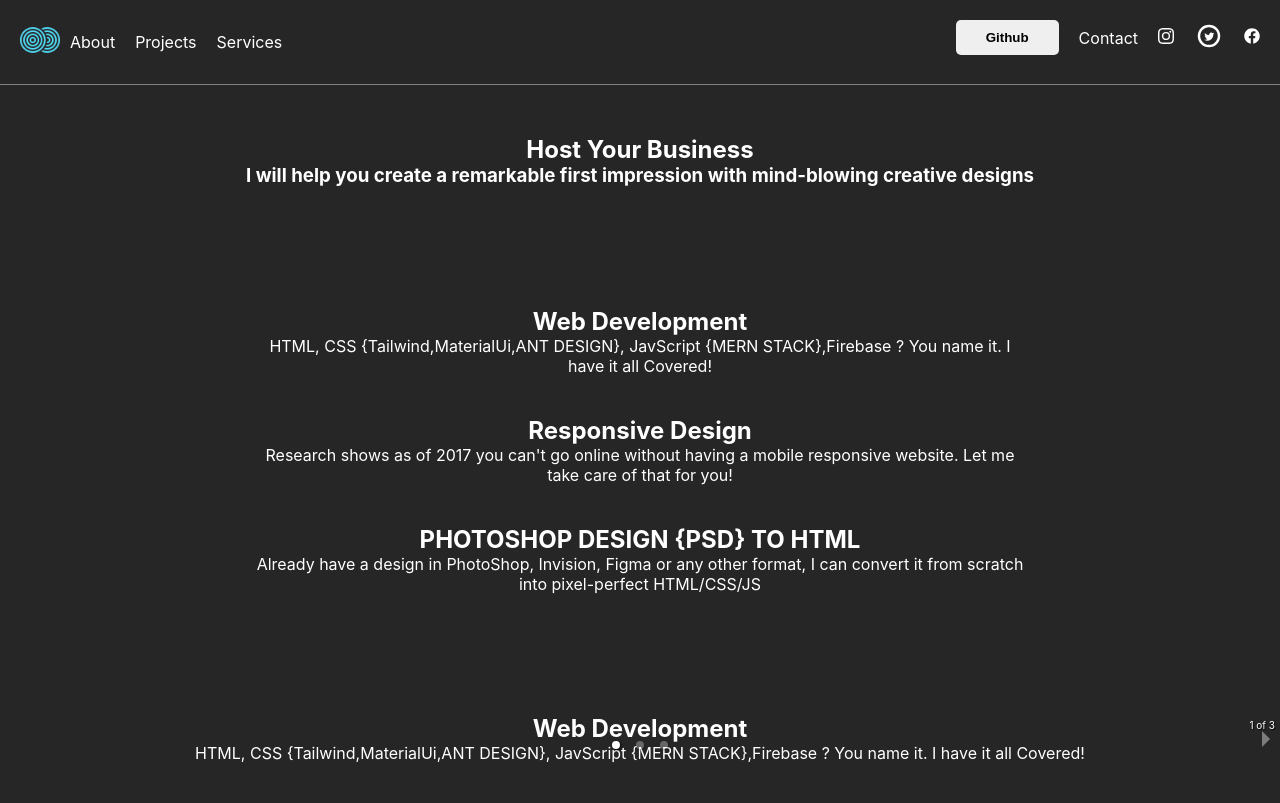
Repository: uh-sman/Portfolio
Page: /services
The author's editor kept a copy of each file at every save. The page is drawn from the files as they stood at one save, then again after the next save.
The browser window is 1280 px wide. The pictures show the whole page.
The project was rebuilt for these pictures with package versions that can differ from the ones it lists, and the page was loaded fresh each time. Also part of the build but not shown: src/components/about.css, src/components/repositories.css, src/components/repositories.js, src/components/RepositoriesCard.jsx, src/components/About.jsx, src/components/projects.css, src/components/Projects.jsx.

Above is the page before, as saved 2022-11-30 21:05:18.

### src/index.js
import React from "react";
import ReactDOM from "react-dom/client";
import { BrowserRouter } from "react-router-dom";
import "./index.css";
import App from "./App";

const root = ReactDOM.createRoot(document.getElementById("root"));
root.render(
  <BrowserRouter>
    <React.StrictMode>
      <App />
    </React.StrictMode>
  </BrowserRouter>
);

### src/App.js
import "./App.css";
import { Index } from "./components/index";
import { Route, Routes } from "react-router-dom";
import About from "./components/About";
import "animate.css";
import Projects from "./components/Projects";
import Services from "./components/Services";
// import Services from "./components/Services";
function App() {
  return (
    <div className="App">
      <Index />
      <Routes>
        <Route path="/" element={<About />} />
        <Route path="/projects" element={<Projects />} />
        <Route path="/services" element={<Services />} />
      </Routes>
    </div>
  );
}

export default App;

### src/App.css
* {
  margin: 0px;
  padding: 0px;
  box-sizing: border-box;
  text-decoration: none;
  list-style: none;
}
body {
  /* background: rgb(2, 0, 36);
  background: linear-gradient(
    90deg,
    rgba(2, 0, 36, 1) 0%,
    rgba(4, 14, 33, 1) 90%,
    rgba(5, 52, 61, 1) 100%
  ); */
  background: #262626;
}

### src/components/index.js
import React from "react";
import { Navbar } from "./Navbar";
import { Route, Routes } from "react-router-dom";
export const Index = () => {
  return (
    <div>
      <Navbar />
    </div>
  );
};

### src/components/Services.jsx
import React from "react";
import MobileCarousel from "./MobileCarousel";
import "./services.css";

const Services = () => {
  const slide = [];
  return (
    <div>
      <div className="containers">
        <section className="header">
          <h2>Host Your Business</h2>
          <h3>
            I will help you create a remarkable first impression with
            mind-blowing creative designs
          </h3>
        </section>
        <div className="sections">
          <div className="head">
            <h1></h1>
            <h2>Web Development</h2>
            <text>
              <p>
                HTML, CSS{" {Tailwind,MaterialUi,ANT DESIGN}"}, JavScript
                {" {MERN STACK}"},Firebase ? You name it. I have it all Covered!
              </p>
            </text>
          </div>
          <div>
            <h1></h1>
            <h2>Responsive Design</h2>
            <text>
              <p>
                Research shows as of 2017 you can't go online without having a
                mobile responsive website. Let me take care of that for you!
              </p>
            </text>
          </div>
          <div>
            <h1></h1>
            <h2>PHOTOSHOP DESIGN {" {PSD}"} TO HTML</h2>
            <text>
              <p>
                Already have a design in PhotoShop, Invision, Figma or any other
                format, I can convert it from scratch into pixel-perfect
                HTML/CSS/JS
              </p>
            </text>
          </div>
        </div>
        <MobileCarousel />
      </div>
    </div>
  );
};

export default Services;
// Looking for a reliable and efficient

### src/components/Navbar.jsx
import React, { useState } from "react";
import { Link } from "react-router-dom";
import logo from "../assets/ico.png";
import "./navbar.css";
import { Profile } from "./Profile";
export const Navbar = () => {
  const [active, isActive] = useState(false);
  // const [activeLink, setActiveLink] = useState(true);
  // const clickedLink = ["teal"];
  // const clicked = document.querySelector("nav-list");

  // btn.addEventListener("click", () => {
  //   document.body.style.borderBottomColor = clickedLink;
  // });
  // for (var i = 0; i < activeLink.length; i++)
  // Get the container element
  // const activeLink = document.querySelector("nav-list");
  // const style = {
  //   backgroundColor: "red",
  //   width: "100%",
  //   height: "100%",
  // };
  // Get all buttons with class="btn" inside the container
  // const btnActive = activeLink.getElementsByClassName("btn");
  // Loop through the buttons and add the active class to the current/clicked button
  // for (var i = 0; i < btnActive.length; i++) {
  //   btnActive[i].addEventListener("click", function () {
  //     var currentMode = document.getElementsByClassName("active");
  //     currentMode[0].className = currentMode[0].className.replace("active", "");
  //     this.className += "active";
  //   });
  // }
  // activeLink.addEventListener()
  return (
    <div>
      <nav className="navbar-container">
        <div className="navbar">
          <div className="navbar-nav">
            <div>
              <a>
                <img src={logo} className="logo" />
              </a>
            </div>
            <ul className="nav-list">
              <Link to="/">
                <a href="">About</a>
              </Link>

              <Link to="/projects">
                <a href="">Projects</a>
              </Link>
              <Link to="/services" className="btn">
                <a href="">Services</a>
              </Link>
            </ul>
          </div>
          <div>
            <Profile />
          </div>
        </div>
      </nav>
    </div>
  );
};

### src/components/MobileCarousel.js
import React from "react";
import "react-responsive-carousel/lib/styles/carousel.min.css"; // requires a loader
import "./services.css";
import { Carousel } from "react-responsive-carousel";
const MobileCarousel = () => {
  return (
    <div>
      <Carousel>
        <div>
          <h2>Web Development</h2>
          <text>
            <p>
              HTML, CSS{" {Tailwind,MaterialUi,ANT DESIGN}"}, JavScript
              {" {MERN STACK}"},Firebase ? You name it. I have it all Covered!
            </p>
          </text>
        </div>
        <div>
          <h2>Web Development</h2>
          <text>
            <p>
              HTML, CSS{" {Tailwind,MaterialUi,ANT DESIGN}"}, JavScript
              {" {MERN STACK}"},Firebase ? You name it. I have it all Covered!
            </p>
          </text>
        </div>
        <div>
          <h2>Web Development</h2>
          <text>
            <p>
              HTML, CSS{" {Tailwind,MaterialUi,ANT DESIGN}"}, JavScript
              {" {MERN STACK}"},Firebase ? You name it. I have it all Covered!
            </p>
          </text>
        </div>
      </Carousel>
    </div>
  );
};

export default MobileCarousel;

### src/components/services.css
.sections {
  display: flex;
  flex-direction: column;
  width: 60%;
  gap: 40px;
}
.header {
}
.containers {
  padding-top: 50px;
  color: white;
  text-align: center;
  gap: 120px;
  display: flex;
  flex-direction: column;
  justify-content: center;
  margin: auto;
  align-items: center;
}

### src/components/navbar.css
.nav-list {
  display: flex;
  align-items: center;
  gap: 20px;
}
active,
.nav-list {
}
.nav-list a {
  color: white;
}
.navbar {
  margin: 20px 20px;
  display: flex;
  justify-content: space-between;
}
.navbar-nav {
  display: flex;
  gap: 10px;
}
.logo {
  width: 40px;
  height: 40px;
  color: white;
}
.navbar-container {
  border-bottom: 0.5px solid gray;
}
/* .btn {
  border: transparent;
  outline: none;
  background: rgba(2, 0, 36, 1) 0%;
} */
/* .active, */
/* .btnSelect:hover {
  border: none;
  border-bottom: 1px solid lightblue;
  cursor: pointer;
} */

@media only screen and (min-width: 200px) and (max-width: 950px) {
  .nav-list {
    display: none;
  }
}

### src/components/Profile.js
import React, { useState } from "react";
import { SiFacebook } from "react-icons/si";
import { FaWhatsapp, FaFacebook, FaRegWindowClose } from "react-icons/fa";
import { TiSocialTwitterCircular } from "react-icons/ti";
import { Link } from "react-router-dom";
import { BsInstagram } from "react-icons/bs";
import burger from "../assets/burger-menu.png";
import close from "../assets/icons8.png";

import "animate.css";
import "./profile.css";
export const Profile = () => {
  const [isActive, setIsActive] = useState(false);
  const style = {
    position: "fixed",
    top: "0",
    bottom: "0",
    right: "0",
    background: "white",
    width: "300px",
    listStyle: " none",
    padding: "20px",
    display: "flex",
    flexDirection: "column",
    transform: `${(props) =>
      props.show ? "translateX(0)" : "translateX(100%)"}`,
    textAlign: "start",

    transition: "transform 0.3s ease-in",
  };

  return (
    <div>
      <div>
        <section className="profile-section ">
          <button className="button">
            <a>Github</a>
          </button>
          <a>Contact</a>
          <a>
            <BsInstagram />
          </a>
          <a>
            <TiSocialTwitterCircular className="twitter" />
          </a>
          <a>
            <FaFacebook />
          </a>
        </section>
        {isActive ? (
          <div className="sidebar-container">
            <div>
              <FaRegWindowClose
                className="close"
                onClick={() => setIsActive(!isActive)}
              />
              {/* <img src={close} /> */}
            </div>
            <section className="sidebar-section ">
              <ul className="links">
                <Link to="/">
                  <a href="">About</a>
                </Link>
                <Link to="/projects">
                  <a href="">Projects</a>
                </Link>
                <Link to="/services">
                  <a href="">Services</a>
                </Link>
                <button className="button">
                  <a className="link">Github</a>
                </button>
                <a>Contact</a>
              </ul>
              <ul className="link-icons">
                <a>
                  <BsInstagram className="instagram" />
                </a>
                <a>
                  <TiSocialTwitterCircular className="twitter" />
                </a>
                <a>
                  <FaFacebook className="facebook" />
                </a>
              </ul>
            </section>
          </div>
        ) : (
          <div>
            <img
              src={burger}
              className="burger-menu"
              onClick={() => setIsActive(!isActive)}
            />
          </div>
        )}
      </div>
    </div>
  );
};

### src/components/profile.css
.profile-section {
  display: flex;
  gap: 20px;
  align-items: center;
  color: white;
}
.links {
  display: flex;
  flex-direction: column;
  /* display: flex; */
  align-items: center;
  gap: 20px;
}
.links a {
  cursor: pointer;
  color: white;
}
.link-icons a:hover {
  cursor: pointer;
}
.sidebar-container {
  /* display: inline-block; */
  /* margin: 0 0.5rem; */
  /* animation: slideInRight 2s; */
  /* animation-duration: 2s; */
  border-top-left-radius: 10px;
  border-bottom-left-radius: 10px;
  height: 100%;
  width: 40%;
  top: 0px;
  right: 0px;
  background-color: #222222;
  position: fixed;
}
.burger-menu {
  width: 30px;
  height: 30px;
}
.close {
  color: white;
  width: 30px;
  height: 30px;
  margin-left: 10px;
  margin-top: 4px;
}
.close:hover {
  cursor: pointer;
}
.button {
  padding: 10px 30px;
  box-shadow: gray;
  border: none;
  font-weight: 700;
  border-radius: 5px;
}
.button:hover {
  cursor: pointer;
}
.button a {
  color: black;
}
.link-icons {
  margin-top: 20px;
  display: flex;
  align-items: center;
  gap: 10px;
}
.instagram {
  font-size: 20px;
}
.facebook {
  font-size: 20px;
}
.twitter {
  font-size: 30px;
}

@media only screen and (min-width: 200px) and (max-width: 950px) {
  .profile-section {
    display: none;
  }
}
@media only screen and (min-width: 950px) {
  .burger-menu {
    display: none;
  }
}
.sidebar-section {
  margin-top: 40%;
  justify-content: center;
  display: flex;
  flex-direction: column;
  align-items: center;
  color: white;
}
/* animate__slideInRight */

Loaded but not shown: public/index.html (common file); src/index.css (common file)

After the next save:
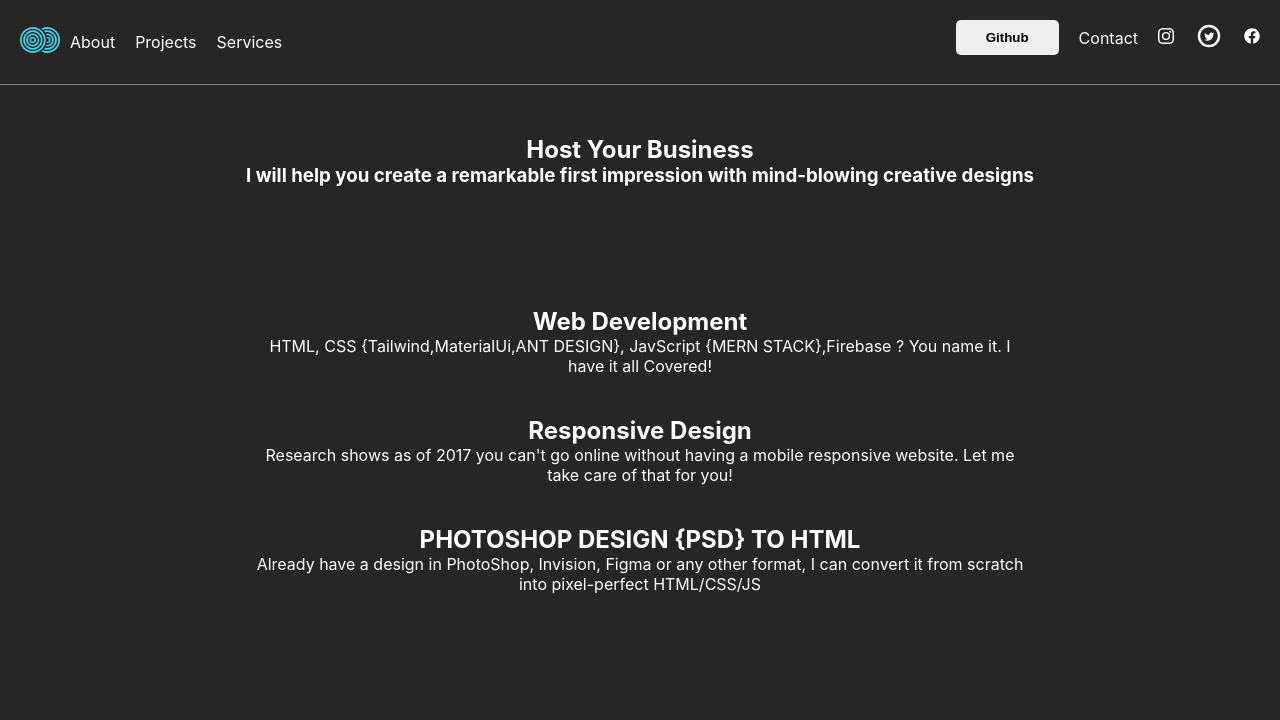
Saved 2 min 16 s later.
--- a/src/components/Services.jsx
+++ b/src/components/Services.jsx
@@ -47,7 +47,7 @@ const Services = () => {
             </text>
           </div>
         </div>
-        <MobileCarousel />
+        {/* <MobileCarousel /> */}
       </div>
     </div>
   );
